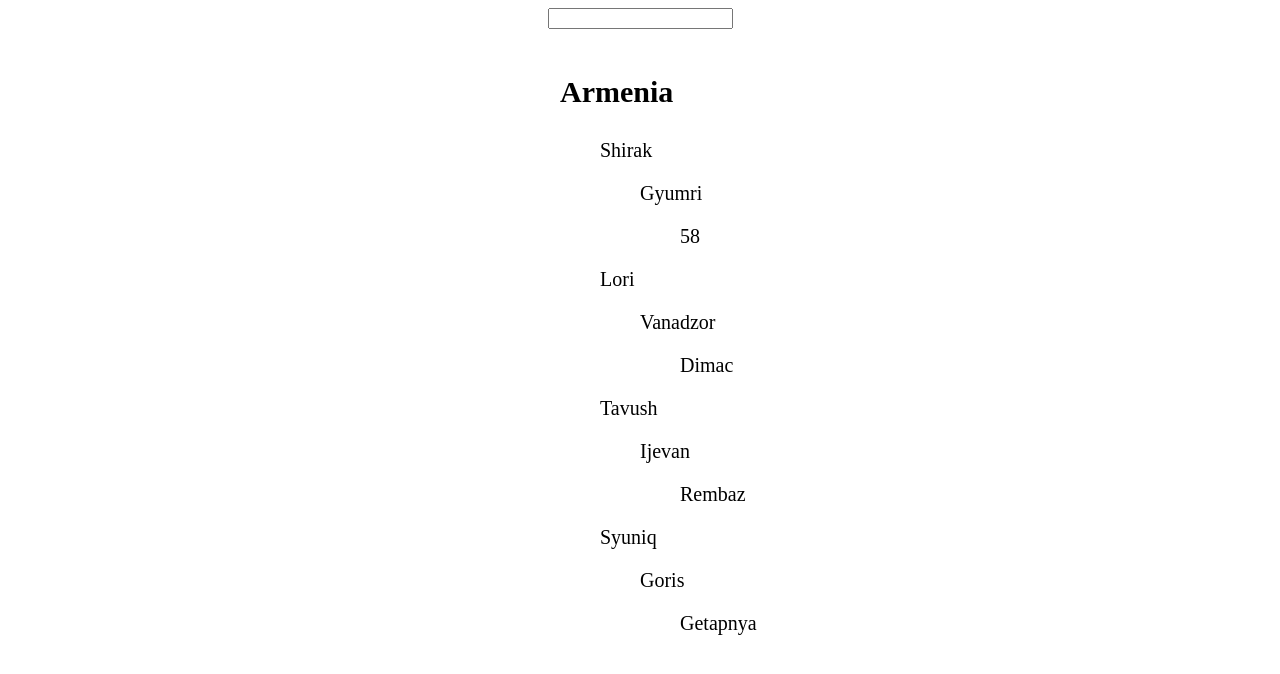
Repository: Seryozha02/DOM
Page: index.html
These files come from the project's save history. The page is drawn as it stood at one moment and after the next save; the edit follows.
The browser window is 1280 px wide. The pictures show the whole page.

Above is the page before, as saved 2022-09-19 20:37:37.

After the next save:
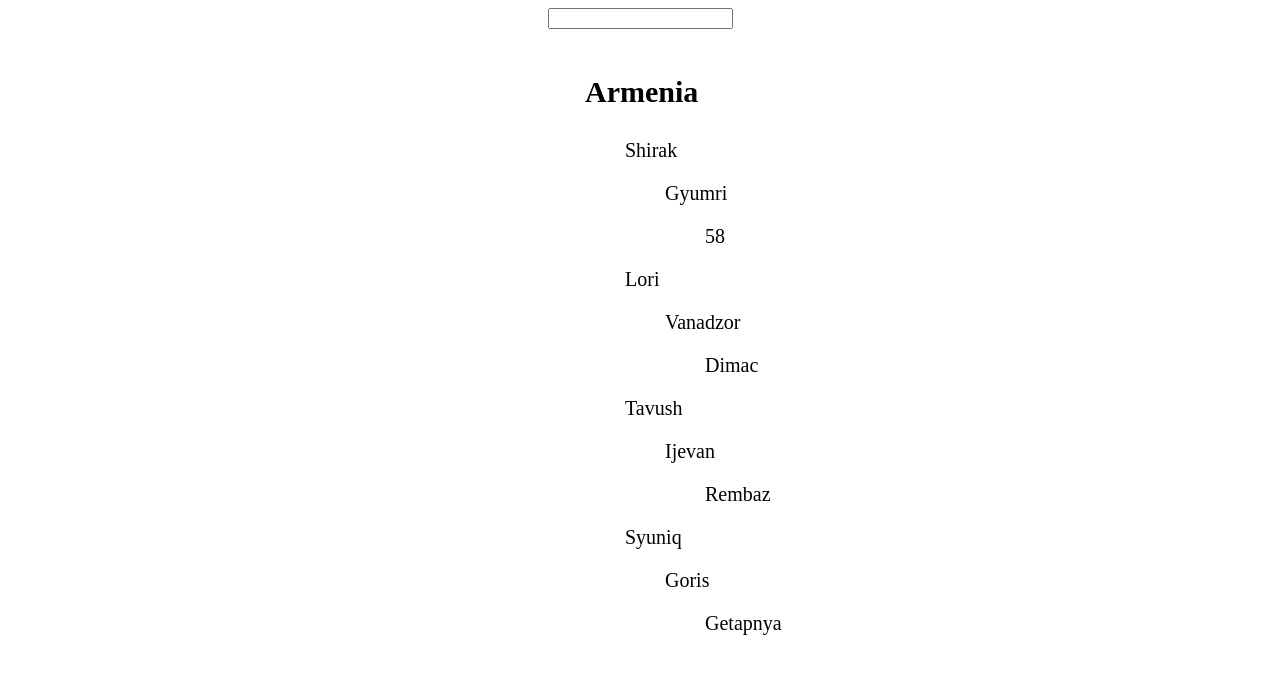
Saved 10 s later.
--- a/index.html
+++ b/index.html
@@ -20,7 +20,7 @@
         }
         ul {
             list-style: none;
-            width: 200px;
+            width: 150px;
         }
         ul li {
             margin: 15px 0;
